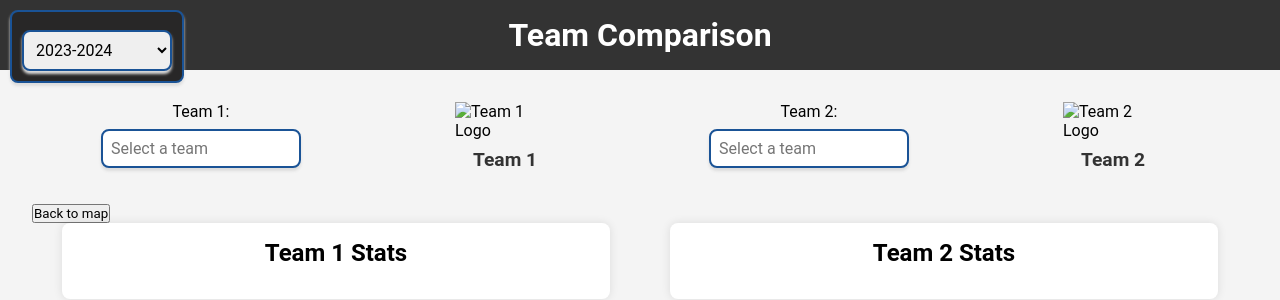
Repository: Enzo-py/dataviz-project-m1
Page: team_comparison.html
The author's editor kept a copy of each file at every save. The page is drawn from the files as they stood at one save, then again after the next save.
The browser window is 1280 px wide. The pictures show the whole page.
Some web fonts or font styles are not loaded; a fallback is used.

Above is the page before, as saved 2024-12-17 09:21:13.

### team_comparison.html
<!DOCTYPE html>
<html lang="en">
<head>
    <meta charset="UTF-8">
    <meta name="viewport" content="width=device-width, initial-scale=1.0">
    <title>Team Comparison</title>
    <script type="text/javascript" src="js/d3.v7.min.js"></script>
    <script type="text/javascript" src="js/team_comparison.js"></script>

    <link rel="stylesheet" href="css/global.css">
    <link rel="stylesheet" href="css/team_comparison.css">

    <link rel="preload" href="https://fonts.googleapis.com/css2?family=Material+Symbols+Outlined:opsz,wght,FILL,GRAD@20..48,100..700,0..1,-50..200&" as="style" onload="this.onload=null;this.rel='stylesheet'">
</head>
<body>
    <!-- Place the season selector at the top left corner -->
    <div class="season">
        <label for="season"></label>
        <select id="season">
            <option value="All Seasons">All Seasons</option>
            <option value="2021-2022">2021-2022</option>
            <option value="2022-2023">2022-2023</option>
            <option value="2023-2024"selected>2023-2024</option>
        </select>
    </div>

    <header>
        <h1>Team Comparison</h1>
    </header>
    <main>
        <!-- Move the team-selection above the team stats -->
        <div class="team-selection">
            <div class="team">
                <label for="team1">Team 1:</label>
                <input type="text" id="team1" list="teams" placeholder="Select a team">
            </div>
            <div class="team-logo-name">
                <img id="team1-logo" src="" alt="Team 1 Logo">
                <h2 id="team1-name">Team 1</h2>
            </div>
            <div class="team">
                <label for="team2">Team 2:</label>
                <input type="text" id="team2" list="teams" placeholder="Select a team">
            </div>
            <div class="team-logo-name">
                <img id="team2-logo" src="" alt="Team 2 Logo">
                <h2 id="team2-name">Team 2</h2>
            </div>
            <datalist id="teams">
                <!-- Options will be populated dynamically -->
            </datalist>
        </div>
        <button id="back-to-map" onclick="window.location.href='index.html'">Back to map</button>
    </div>
        <section class="comparison-results">
            <div class="team-stats" id="team1-stats">
                <h2>Team 1 Stats</h2>
                <!-- Stats will be populated dynamically -->
            </div>
            <div class="team-stats" id="team2-stats">
                <h2>Team 2 Stats</h2>
                <!-- Stats will be populated dynamically -->
            </div>
        </section>
    </main>
</body>
</html>

### js/team_comparison.js
document.addEventListener("DOMContentLoaded", function() {
    const teams = ["Team A", "Team B", "Team C", "Team D"]; // Example teams, replace with actual data

    const datalist = document.getElementById("teams");
    teams.forEach(team => {
        const option = document.createElement("option");
        option.value = team;
        datalist.appendChild(option);
    });

    const urlParams = new URLSearchParams(window.location.search);
    const team1Param = urlParams.get('team1');
    const teamParam = urlParams.get('club');

    if (team1Param) {
        document.getElementById("team1").value = team1Param;
        updateTeamInfo("team1", team1Param);
    }

    if (teamParam) {
        const teamInput = document.getElementById("team1");
        teamInput.value = teamParam;
        // Update the page to load data for the selected team
        updateTeamsList();
        updateStats();
    }

    document.getElementById("team1").addEventListener("change", updateStats);
    document.getElementById("team2").addEventListener("change", updateStats);
    document.getElementById("season").addEventListener("change", updateStats);

    function updateStats() {
        const team1 = document.getElementById("team1").value;
        const team2 = document.getElementById("team2").value;
        const season = document.getElementById("season").value;

        if (team1) {
            document.getElementById("team1-stats").innerHTML = `<h2>${team1} Stats (${season})</h2><p>Stats for ${team1} in ${season} will be displayed here.</p>`;
            updateTeamInfo("team1", team1);
        }

        if (team2) {
            document.getElementById("team2-stats").innerHTML = `<h2>${team2} Stats (${season})</h2><p>Stats for ${team2} in ${season} will be displayed here.</p>`;
            updateTeamInfo("team2", team2);
        }

        if (team1 && team2) {
            compareTeams(team1, team2, season);
        }
    }

    function updateTeamInfo(teamId, teamName) {
        const logoUrl = getTeamLogo(teamName); // Replace with actual logic to get the logo URL
        document.getElementById(`${teamId}-logo`).src = logoUrl;
        document.getElementById(`${teamId}-name`).textContent = teamName;
    }

    function getTeamLogo(teamName) {
        // Replace with actual logic to get the logo URL
        return "https://via.placeholder.com/150";
    }

    function compareTeams(team1, team2, season) {
        // Fetch and compare stats for team1 and team2
        const team1Stats = getTeamStats(team1, season);
        const team2Stats = getTeamStats(team2, season);

        const comparisonMetrics = [
            "wins", "losses", "draws", "goals_scored", "goals_conceded", "clean_sheets", "average_possession"
        ];

        let comparisonHtml = "<table><thead><tr><th>Metric</th><th>Team 1</th><th>Team 2</th></tr></thead><tbody>";

        comparisonMetrics.forEach(metric => {
            const team1Value = team1Stats[metric] || 0;
            const team2Value = team2Stats[metric] || 0;
            const highlightClass = team1Value > team2Value ? "highlight-team1" : team2Value > team1Value ? "highlight-team2" : "";

            comparisonHtml += `<tr class="${highlightClass}"><td>${metric}</td><td>${team1Value}</td><td>${team2Value}</td></tr>`;
        });

        comparisonHtml += "</tbody></table>";

        document.getElementById("team1-stats").innerHTML += comparisonHtml;
        document.getElementById("team2-stats").innerHTML += comparisonHtml;
    }

    function getTeamStats(team, season) {
        // Fetch team stats based on the team name and season
        // This is a placeholder function, replace with actual data fetching logic
        return {
            wins: Math.floor(Math.random() * 30),
            losses: Math.floor(Math.random() * 30),
            draws: Math.floor(Math.random() * 30),
            goals_scored: Math.floor(Math.random() * 100),
            goals_conceded: Math.floor(Math.random() * 100),
            clean_sheets: Math.floor(Math.random() * 20),
            average_possession: Math.floor(Math.random() * 100)
        };
    }
});

### css/global.css
:root {
    --secondary-color: #1a5396;
    --background-color: #282727;
    --shadow-color: #dcdcdc;

    --second-background-color: #181919;

    --text-light-color: #737373;
    --text-white-color: #d3d3d3;
    --table-color: #1a5396;
    --table-background-color: #F5F5F5;

    --sea-background: linear-gradient(90deg, rgb(36 55 101) 10%, #30679f 100%);
    --earth-color: #fff;

    --danger-color: #af2c35;
    --success-color: #2c9f2c;
    --toggle-background: #f0f0f0;
    --toggle-border: #ccc;
    --toggle-active: #fdfdfd;

    --selected-color: #367f32;
    --selected-text-color: #143c11;
}

body, body * {
    margin: 0;
    padding: 0;
    box-sizing: border-box;
    font-family: 'Roboto', sans-serif;
}

.toast {
    position: fixed;
    bottom: 0;
    right: 0;
    z-index: 9999;
    padding: 10px;
    margin: 10px;
    border-radius: 5px;
    background-color: var(--background-color);
    box-shadow: 0 0 10px var(--shadow-color);
    color: var(--text-light-color);
}

.search-blob {
    width: 300px;
    display: flex;
    flex-direction: row;
    justify-content: space-between;
    align-items: center;
    border: solid 2px var(--secondary-color);
    background-color: var(--second-background-color);
    padding: 6px;
    border-radius: 8px;
    color: var(--secondary-color);
    margin: 10px;
}

.search-blob input {
    border: none !important;
    background: none !important;
    width: 100%;
    font-size: 1rem;
    padding: 2px;
    margin: 0;
    outline: none !important;
    color: var(--text-white-color);
}

/* shake animation */
@keyframes shake {
    0%, 100% {
        transform: translateX(0);
    }
    10%, 30%, 50%, 70%, 90% {
        transform: translateX(-10px);
    }
    20%, 40%, 60%, 80% {
        transform: translateX(10px);
    }
}

.search-blob:has(input.not-found) {
    color: var(--danger-color);
    border-color: var(--danger-color);
    animation: shake 0.5s;
}

.search-blob input.not-found {
    color: var(--danger-color);
}

.search-blob:has(input.found) {
    color: var(--success-color);
    border-color: var(--success-color);
}

.search-blob input.found {
    color: var(--success-color);
}

.search-blob span {
    transition: transform 0.2s;
    cursor: pointer;
}

.search-blob span:hover {
    transform: scale(1.1);
}

### css/team_comparison.css
body {
    font-family: Arial, sans-serif;
    margin: 0;
    padding: 0;
    background-color: #f4f4f4;
}

header {
    background-color: #333;
    color: #fff;
    text-align: center;
    padding: 1rem 0;
}

main {
    padding: 2rem;
}

menu.team-selection {
    display: flex;
    justify-content: space-around;
    margin-bottom: 2rem;
    background-color: var(--background-color);
    border: solid 2px var(--secondary-color);
    padding: 10px;
    border-radius: 8px;
    box-shadow: 0 3px 3px 0 var(--shadow-color);
}

.team {
    display: flex;
    flex-direction: column;
    align-items: center;
}

.team label {
    margin-bottom: 0.5rem;
}

.team input {
    padding: 0.5rem;
    font-size: 1rem;
    width: 200px;
    border: solid 2px var(--secondary-color);
    border-radius: 8px;
    box-shadow: 0 3px 3px 0 var(--shadow-color);
}

.team-logo-name {
    display: flex;
    flex-direction: column;
    align-items: center;
    margin: 0 1rem;
}

.team-logo-name img {
    width: 100px;
    height: auto;
    margin-bottom: 0.5rem;
}

.team-logo-name h2 {
    margin: 0;
    font-size: 1.2em;
    color: #333;
}

.comparison-results {
    display: flex;
    justify-content: space-around;
}

.team-stats {
    background-color: #fff;
    padding: 1rem;
    border-radius: 8px;
    box-shadow: 0 0 10px rgba(0, 0, 0, 0.1);
    width: 45%;
}

.team-stats h2 {
    text-align: center;
    margin-bottom: 1rem;
}

/* Position the season selector in the top left corner */
.season {
    position: fixed;
    top: 10px;
    left: 10px;
    background-color: var(--background-color);
    border: solid 2px var(--secondary-color);
    padding: 10px;
    border-radius: 8px;
    box-shadow: 0 3px 3px 0 var(--shadow-color);
    display: flex;
    flex-direction: column;
    align-items: center;
}

.season label {
    margin-bottom: 0.5rem;
}

.season select {
    padding: 0.5rem;
    font-size: 1rem;
    width: 150px;
    border: solid 2px var(--secondary-color);
    border-radius: 8px;
    box-shadow: 0 3px 3px 0 var(--shadow-color);
}

/* Style the team-selection div */
.team-selection {
    display: flex;
    justify-content: space-around;
    margin-bottom: 2rem;
    /* Remove background and borders if not needed */
    background-color: transparent;
    border: none;
    padding: 0;
    border-radius: 0;
    box-shadow: none;
}

/* Highlight styles for best stats */
.highlight-team1 {
    background-color: #d4edda; /* Light green */
}

.highlight-team2 {
    background-color: #f8d7da; /* Light red */
}

Loaded but not shown: js/d3.v7.min.js (library)

After the next save:
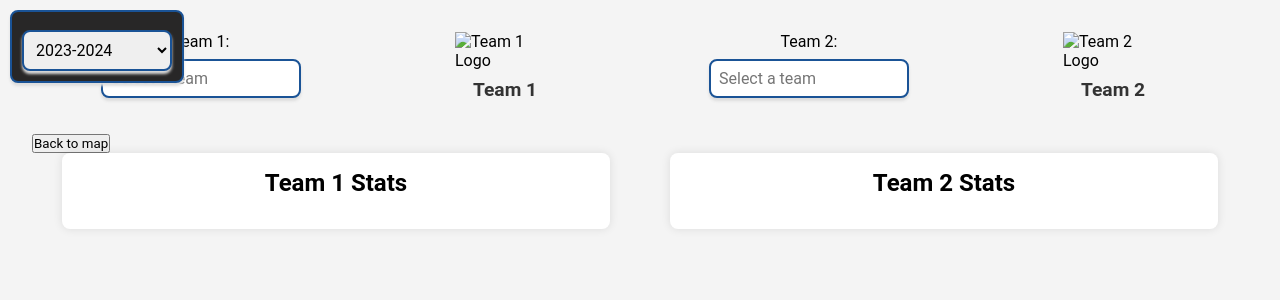
Saved 23 s later.
--- a/team_comparison.html
+++ b/team_comparison.html
@@ -24,9 +24,7 @@
         </select>
     </div>
 
-    <header>
-        <h1>Team Comparison</h1>
-    </header>
+
     <main>
         <!-- Move the team-selection above the team stats -->
         <div class="team-selection">
